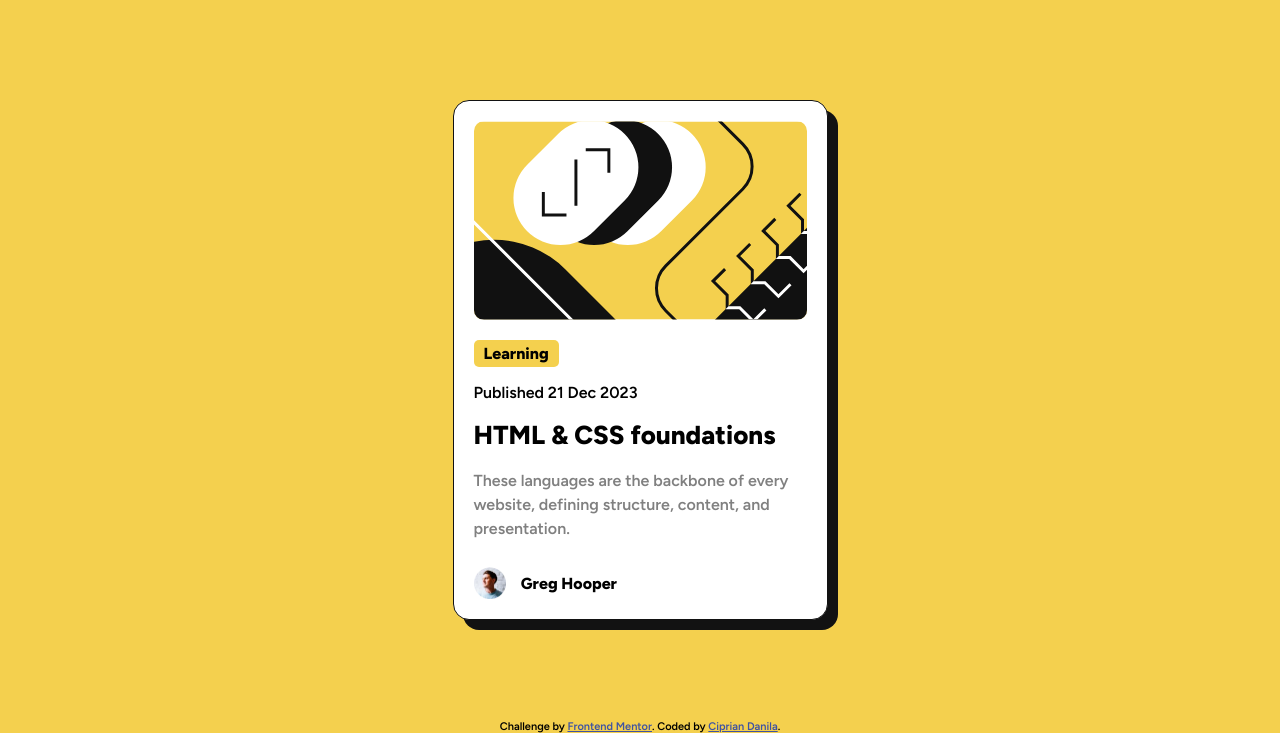
Repository: cipdanila/blog-preview-card
Page: index.html
The author's editor kept a copy of each file at every save. The page is drawn from the files as they stood at one save, then again after the next save.
The browser window is 1280 px wide. The pictures show the whole page.

Above is the page before, as saved 2024-01-28 16:05:21.

After the next save:
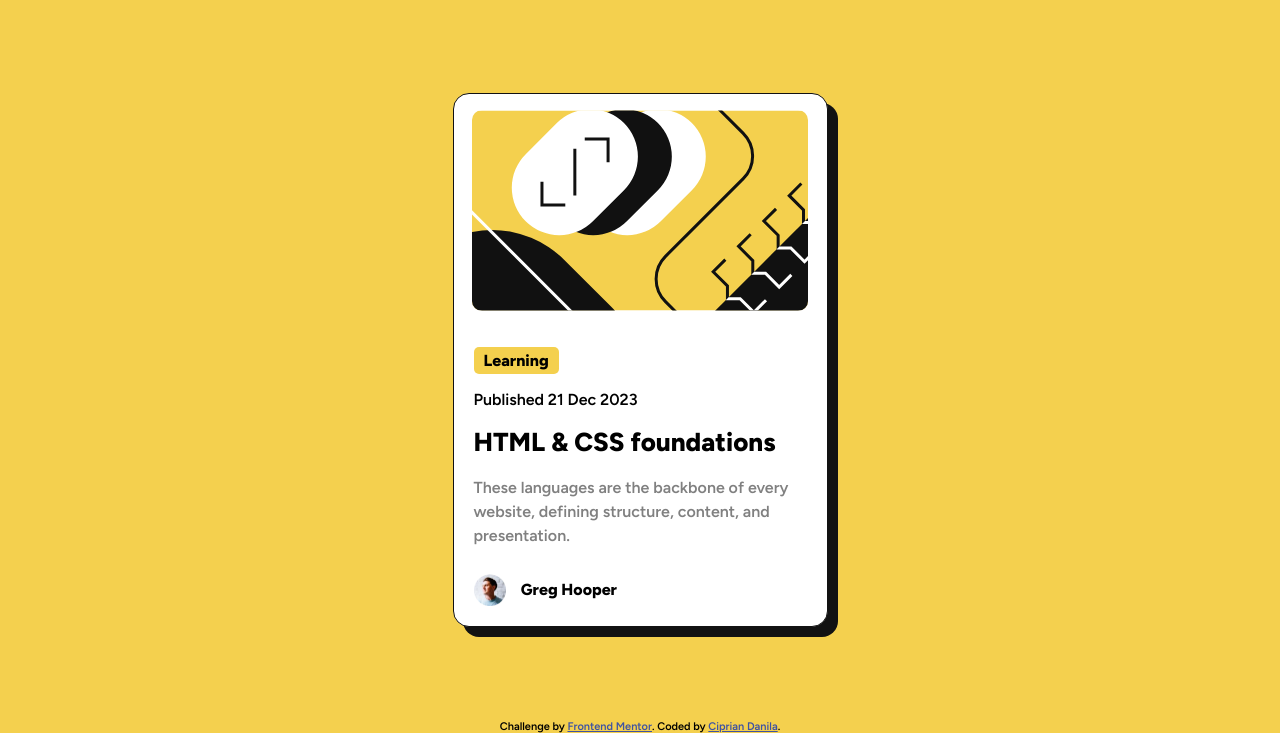
Saved 3 h 19 min later.
--- a/style.css
+++ b/style.css
@@ -45,9 +45,10 @@
 
 .image-card {
     text-align: center;
-    padding-top: 1.25rem;
+    /* padding-top: 1.25rem;
     padding-right: 1.25rem;
-    padding-left: 1.25rem;
+    padding-left: 1.25rem; */
+    padding: 1rem;
 }
 
 .image-card img {
